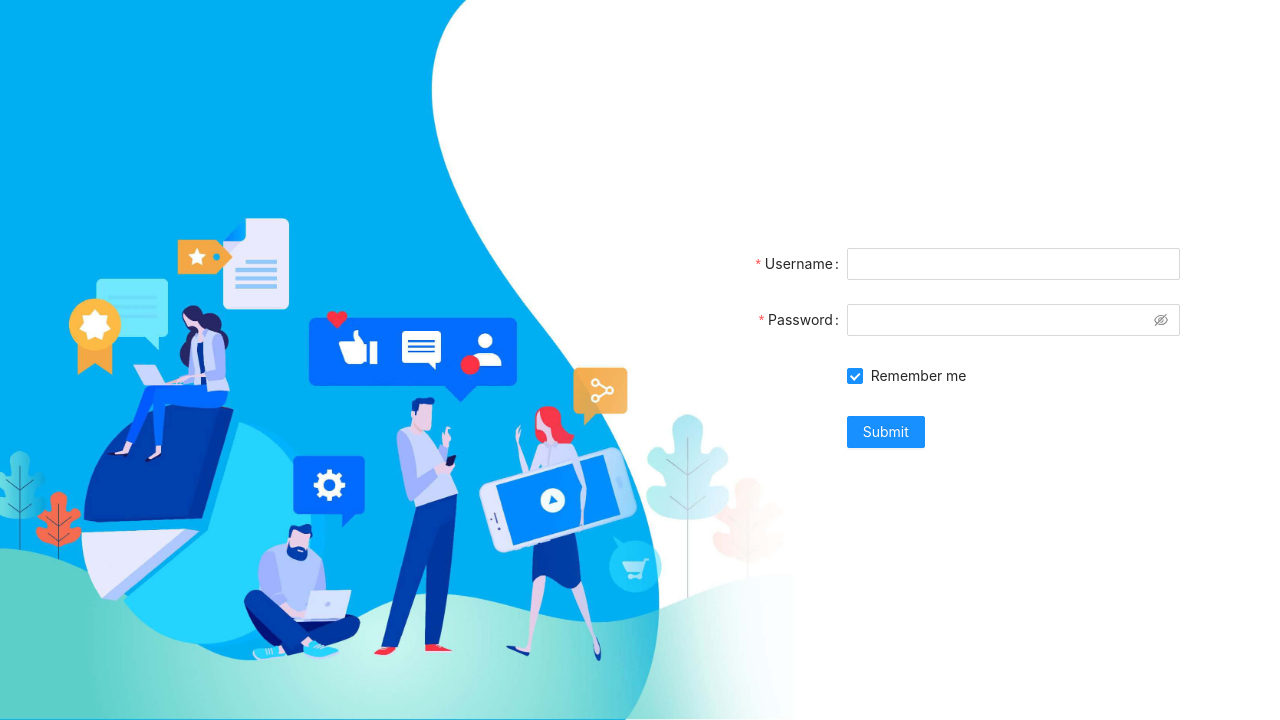
Repository: DallenCat/react-test
Page: /login
An editor plug-in stored every save of this project. The page is shown before and after the next save, followed by the edit.
The browser window is 1280 px wide. The pictures show the whole page.
The project was rebuilt for these pictures with package versions that can differ from the ones it lists, and the page was loaded fresh each time. Also part of the build but not shown: src/containers/dashboard/index.js, src/containers/personal/index.js, src/components/layout/index.css, src/components/layout/sider/menu.js, src/components/layout/sider/logo.js, src/components/layout/sider/index.js, src/components/layout/index.js.

Above is the page before, as saved 2021-10-29 17:28:32.

After the next save:
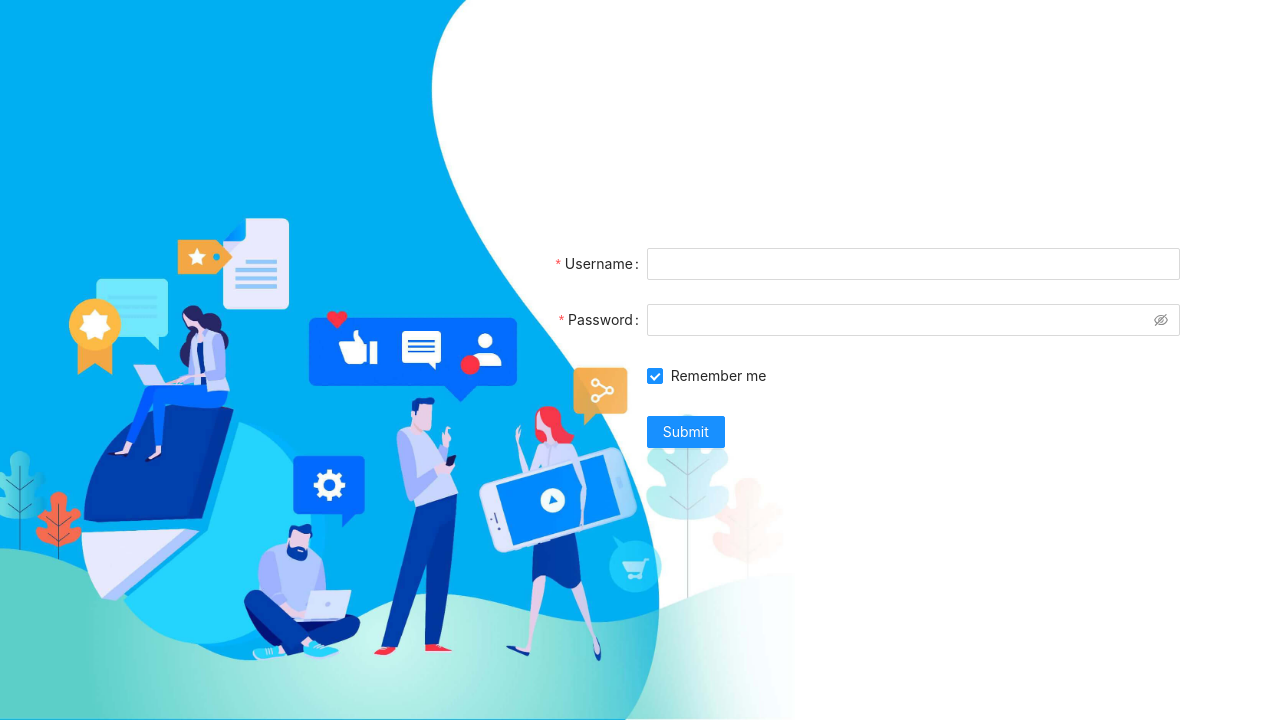
Saved 8 s later.
--- a/src/containers/login/login.scss
+++ b/src/containers/login/login.scss
@@ -10,6 +10,6 @@
 }
 
 .form {
-  width: 500px;
+  width: 800px;
   margin-right: 100px;
 }

After the save that followed:
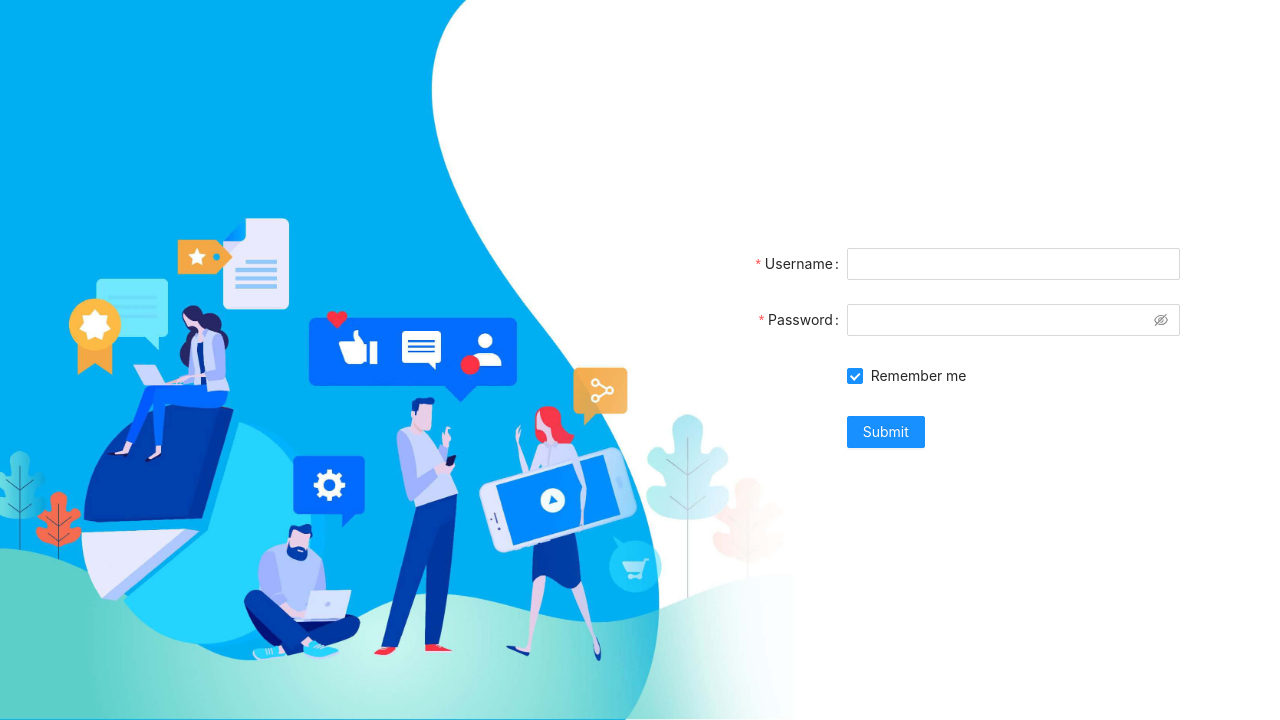
Saved 4 s later.
--- a/src/containers/login/login.scss
+++ b/src/containers/login/login.scss
@@ -10,6 +10,6 @@
 }
 
 .form {
-  width: 800px;
+  width: 500px;
   margin-right: 100px;
 }
